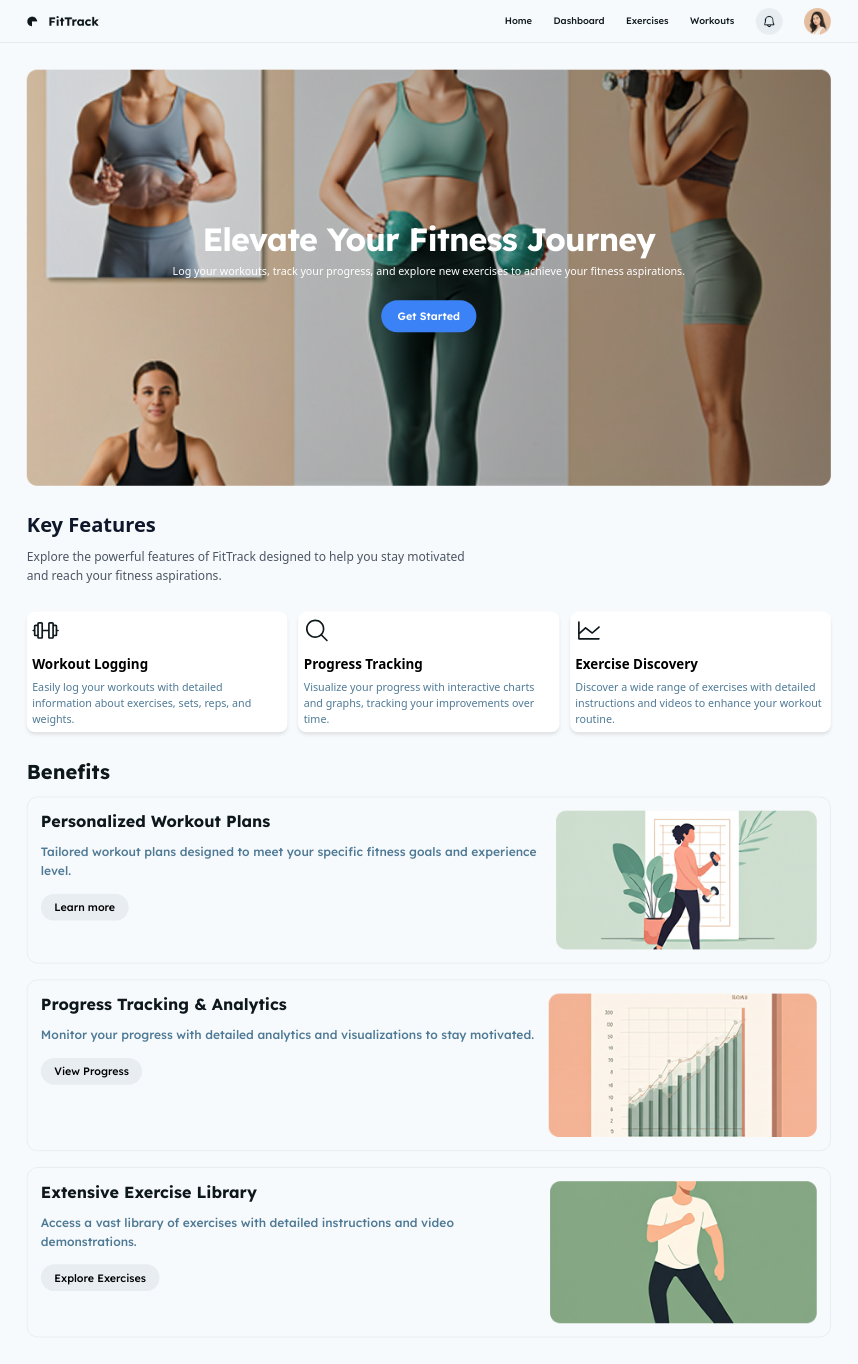
Repository: Emy-gold/fitness-tracking-platform
Page: /
The author's editor kept a copy of each file at every save. The page is drawn from the files as they stood at one save, then again after the next save.
The browser window is 1280 px wide. The pictures show the whole page, at 67% of full size.
The project was rebuilt for these pictures with package versions that can differ from the ones it lists, and the page was loaded fresh each time. Also part of the build but not shown: vite.config.js, src/Pages/Dashboard.jsx, src/Pages/Exercises.jsx, src/Pages/Workouts.jsx, src/components/Footer.jsx.

Above is the page before, as saved 2025-08-28 00:53:23.

After the next save:
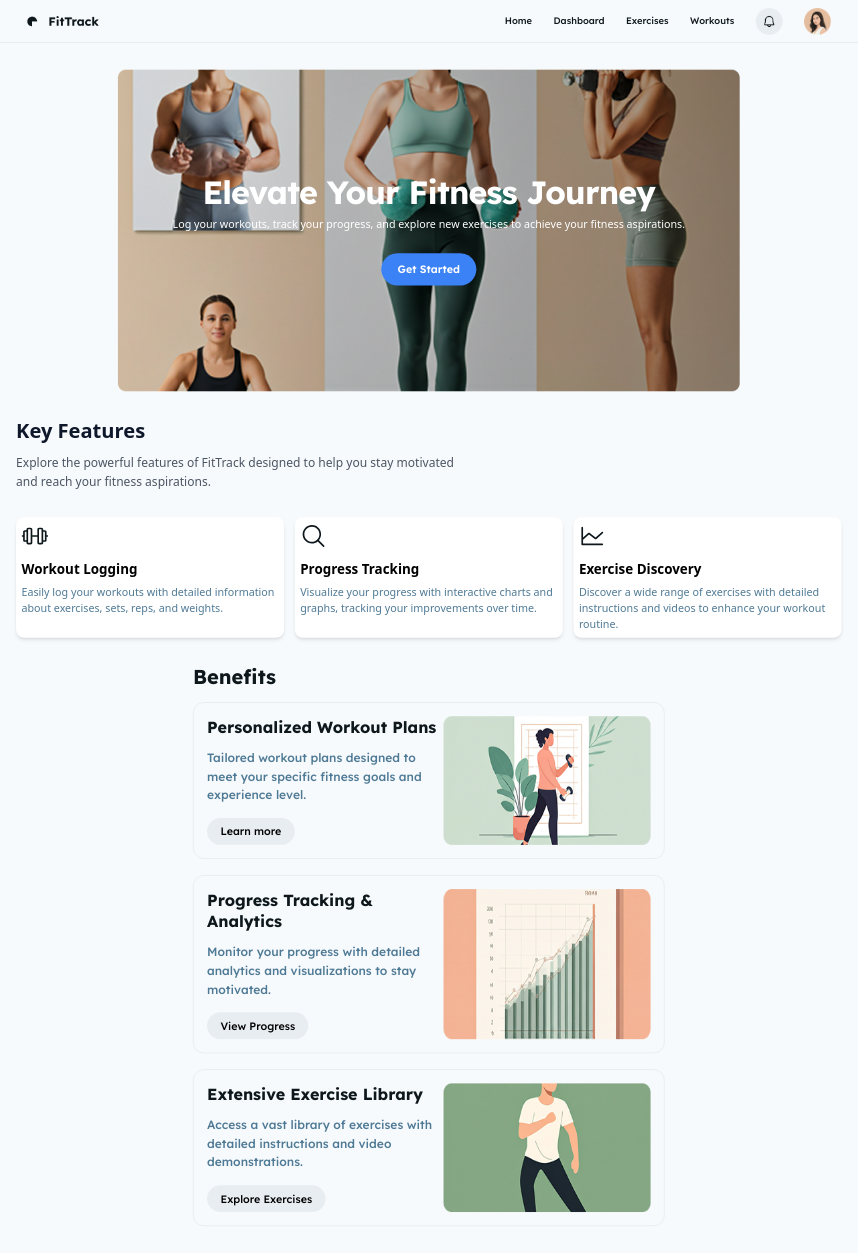
Saved 49 s later.
--- a/src/Pages/Home.jsx
+++ b/src/Pages/Home.jsx
@@ -47,7 +47,7 @@ function Home() {
         <>
             <main className='flex flex-col justify-center items-center mx-auto'>
                 <section className='my-10 relative flex justify-center'>
-                    <img src={homepic} className="mb:w-[980px] lg:w-[1200px]" />
+                    <img src={homepic} className="mb:w-[980px] max-w" />
                     <div className="absolute inset-0 flex flex-col justify-center text-center text-white">
                         <h1 className='lg:text-5xl font-lexend font-bold mb-3 tracking-tight text-base'>Elevate Your Fitness Journey</h1>
                         <p className=''>Log your workouts, track your progress, and explore new exercises to achieve your fitness aspirations.</p>
@@ -55,12 +55,12 @@ function Home() {
                     </div>
                 </section >
 
-                <section className='flex flex-col items-start mb-10 mb:w-[980px] lg:w-[1200px]'>
+                <section className='flex flex-col items-start mb-10 mb:w-[980px] max-w'>
                     <div className='flex flex-col items-start text-left'>
                         <h2 className='text-3xl font-bold mb-4 text-slate-900'>Key Features</h2>
                         <p className='text-lg text-gray-600 max-w-2xl'>Explore the powerful features of FitTrack designed to help you stay motivated and reach your fitness aspirations.</p>
                     </div>
-                    <div className='flex flex-row gap-4 mt-10 text-left mb:w-[980px] lg:w-[1200px]'> {/* Removed justify-center */}
+                    <div className='flex flex-row gap-4 mt-10 text-left mb:w-[980px] max-w'> {/* Removed justify-center */}
                         {cards.map(card => (
                             <div key={card.id} className='md:w-[312px] lg:w-[400px] bg-white rounded-xl shadow-md p-2 hover:scale-105 duration-300'>
                                 <img src={card.image} className='mb-4 h-10 w-10 object-contain' />
@@ -72,9 +72,9 @@ function Home() {
                 </section>
                 <section className='flex flex-col items-start mb-10 gap-5 justify-center mx-72 max-w-full font-lexend'>
                     <h2 className='text-3xl font-bold text-textColor'>Benefits</h2>
-                    <div className='flex flex-wrap gap-6 lg:w-[1200px]'>
+                    <div className='flex flex-wrap gap-6 max-w'>
                         {benefits.map(benefit => (
-                            <div key={benefit.id} className='flex flex-row-reverse justify-between p-5 border rounded-2xl lg:w-[1200px] '>
+                            <div key={benefit.id} className='flex flex-row-reverse justify-between p-5 border rounded-2xl max-w '>
                                 <img src={benefit.image} className='lg:w-[400px]' />
                                 <div className='flex flex-col items-start text-left'>
                                     <h3 className='text-2xl font-bold mb-4 text-textColor'>{benefit.title}</h3>
